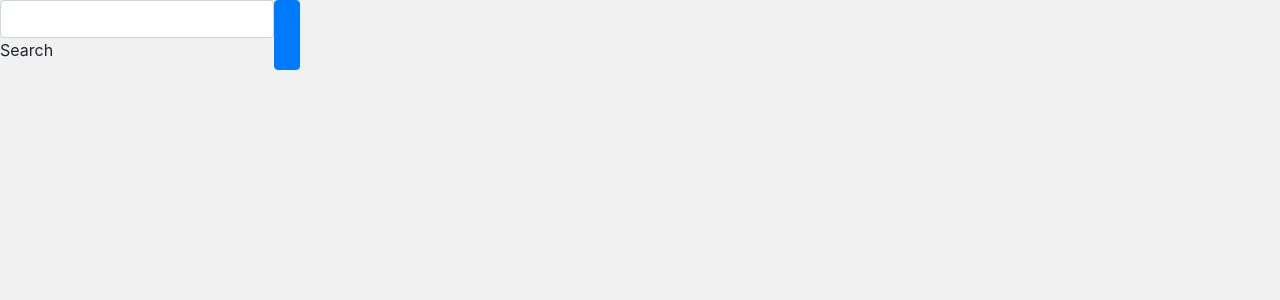
Repository: roistyx/ask-ChatGBT-travel-recommendations
Page: Backend/src/views/search.html
These files come from the project's save history. The page is drawn as it stood at one moment and after the next save; the edit follows.
The browser window is 1280 px wide. The pictures show the whole page.

Above is the page before, as saved 2023-03-20 12:17:46.

### Backend/src/views/search.html
<!DOCTYPE html>
<html>
<head>
  <title>Bootstrap Search Form with Search Results</title>
  <link rel="stylesheet" href="https://stackpath.bootstrapcdn.com/bootstrap/4.3.1/css/bootstrap.min.css">
  <style>
    body {
      background-color: #f1f1f1;
    }
    .search-results {
      margin-top: 20px;
    }
  </style>
</head>
<body>
<div class="input-group">
    <div class="form-outline">
        <input type="search" id="form1" class="form-control" />
        <label class="form-label" for="form1">Search</label>
    </div>
    <button type="button" class="btn btn-primary">
        <i class="fas fa-search"></i>
    </button>
</div>
</body>
</html>

After the next save:
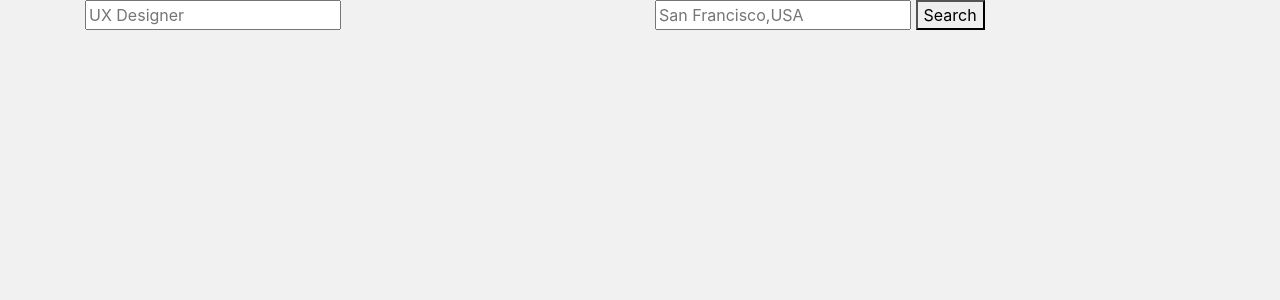
Saved 60 s later.
--- a/Backend/src/views/search.html
+++ b/Backend/src/views/search.html
@@ -13,14 +13,21 @@
   </style>
 </head>
 <body>
-<div class="input-group">
-    <div class="form-outline">
-        <input type="search" id="form1" class="form-control" />
-        <label class="form-label" for="form1">Search</label>
+<div class="container">
+    <div class="search">
+        <div class="row">
+            <div class="col-md-6">
+                <div class="search-1"> <i class='bx bx-search-alt'></i> <input type="text" placeholder="UX Designer">
+                </div>
+            </div>
+            <div class="col-md-6">
+                <div>
+                    <div class="search-2"> <i class='bx bxs-map'></i> <input type="text"
+                            placeholder="San Francisco,USA"> <button>Search</button> </div>
+                </div>
+            </div>
+        </div>
     </div>
-    <button type="button" class="btn btn-primary">
-        <i class="fas fa-search"></i>
-    </button>
 </div>
 </body>
 </html>
